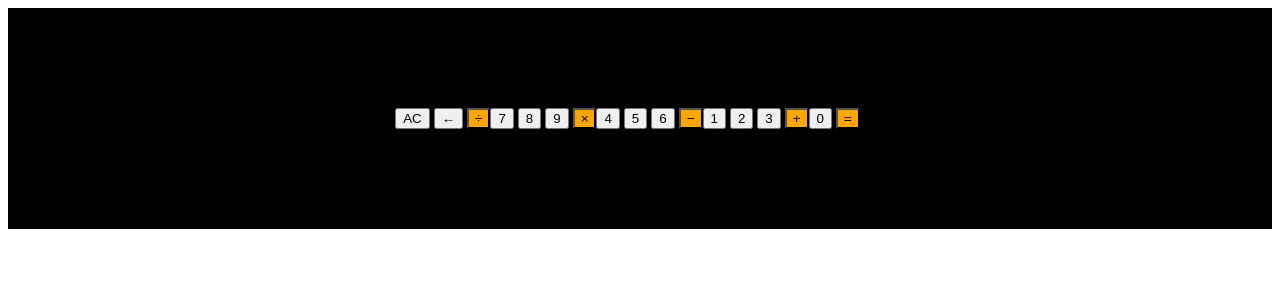
Repository: KaylaDamons/LAB-calculator
Page: index.html
The author's editor kept a copy of each file at every save. The page is drawn from the files as they stood at one save, then again after the next save.
The browser window is 1280 px wide. The pictures show the whole page.

Above is the page before, as saved 2024-01-13 18:09:16.

### index.html
<!DOCTYPE html>
<html lang="en">
<head>
  <meta charset="UTF-8">
  <meta name="viewport" content="width=device-width, initial-scale=1.0">
  <title>Calculator</title>
</head>

<div class="wrapper">
    <div class="sumbar"></div>
    <div class="clearbutton">
       <button class="clear">AC</button>
       <button class="delete">&#8592</button>
       <button class="symbol divide">&#247</button>
    </div>

    <div class="buttonrow1">
      <button class="button">7</button>
      <button class="button">8</button>
      <button class="button">9</button>
      <button class="symbol times">&#215</button>
    </div>

    <div class="buttonrow2">
      <button class="button">4</button>
      <button class="button">5</button>
      <button class="button">6</button>
       <button class="symbol minus">&#8722</button>
    </div>

    <div class ="buttonrow3">
    <button class="button">1</button>
    <button class="button">2</button>
    <button class="button">3</button>
    <button class="symbol plus">&#43</button>
    </div>

    <div class="buttonrow4">
    <button class="button">0</button>
    <button class="symbol equals">&#61</button>
    </div>

  </div>




  <link rel="stylesheet" href="main.css">
</body>
<script src="main.js"></script>
</html>

### main.css


.wrapper {
  display: flex;
  background-color:black;
  justify-content: center;
  padding-top: 100px;
  padding-left: 75px;
  padding-bottom: 100px;
  padding-right: 100px;

}

.sumbar {
 background-color:white;
}

.symbol {
  background-color: orange;
}

### main.js
console.log("calculator");

After the next save:
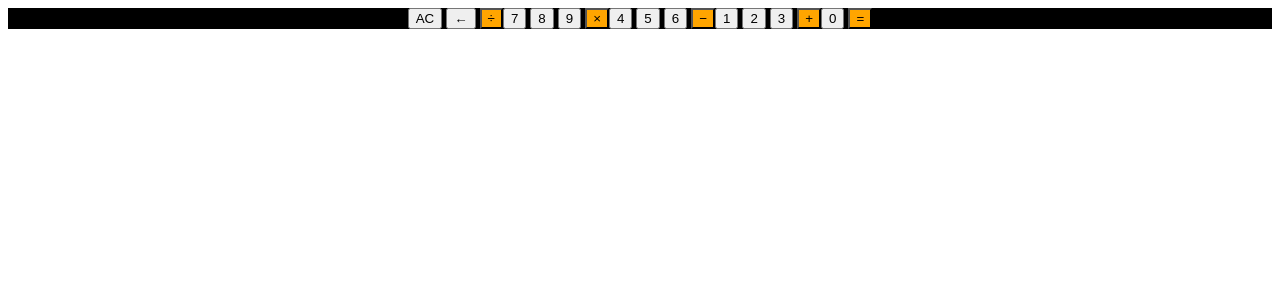
Saved 36 s later.
--- a/main.css
+++ b/main.css
@@ -4,10 +4,6 @@
   display: flex;
   background-color:black;
   justify-content: center;
-  padding-top: 100px;
-  padding-left: 75px;
-  padding-bottom: 100px;
-  padding-right: 100px;
 
 }
 
